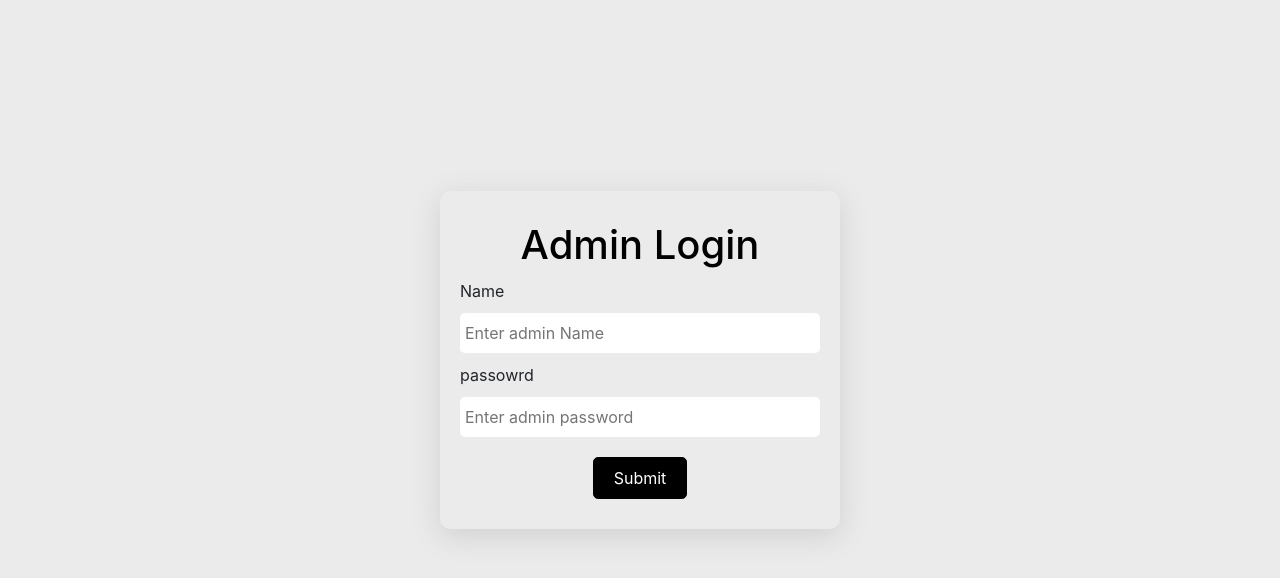
Repository: parthikjadav/parthik-react-practicle-exam
Page: /
The author's editor kept a copy of each file at every save. The page is drawn from the files as they stood at one save, then again after the next save.
The browser window is 1280 px wide. The pictures show the whole page.
The project was rebuilt for these pictures with package versions that can differ from the ones it lists, and the page was loaded fresh each time. Requests to the local data server were answered from the project's data file. Also part of the build but not shown: src/App.css, src/componet/page/Reservationform.jsx, src/componet/page/Reservationlist.jsx, src/componet/header/navdata.js, src/componet/header/Navbar.jsx.

Above is the page before, as saved 2024-05-16 10:50:51.

### public/index.html
<!DOCTYPE html>
<html lang="en">
  <head>
    <meta charset="utf-8" />
    <link rel="icon" href="%PUBLIC_URL%/favicon.ico" />
    <meta name="viewport" content="width=device-width, initial-scale=1" />
    <meta name="theme-color" content="#000000" />
    <meta
      name="description"
      content="Web site created using create-react-app"
    />
    <link rel="apple-touch-icon" href="%PUBLIC_URL%/logo192.png" />
    <link href="https://cdn.jsdelivr.net/npm/bootstrap@5.0.2/dist/css/bootstrap.min.css" rel="stylesheet" integrity="sha384-EVSTQN3/azprG1Anm3QDgpJLIm9Nao0Yz1ztcQTwFspd3yD65VohhpuuCOmLASjC" crossorigin="anonymous">
    <!--
      manifest.json provides metadata used when your web app is installed on a
      user's mobile device or desktop. See https://developers.google.com/web/fundamentals/web-app-manifest/
    -->
    <link rel="manifest" href="%PUBLIC_URL%/manifest.json" />
    <script src="https://cdn.jsdelivr.net/npm/bootstrap@5.0.2/dist/js/bootstrap.bundle.min.js" integrity="sha384-MrcW6ZMFYlzcLA8Nl+NtUVF0sA7MsXsP1UyJoMp4YLEuNSfAP+JcXn/tWtIaxVXM" crossorigin="anonymous"></script>
    <!--
      Notice the use of %PUBLIC_URL% in the tags above.
      It will be replaced with the URL of the `public` folder during the build.
      Only files inside the `public` folder can be referenced from the HTML.

      Unlike "/favicon.ico" or "favicon.ico", "%PUBLIC_URL%/favicon.ico" will
      work correctly both with client-side routing and a non-root public URL.
      Learn how to configure a non-root public URL by running `npm run build`.
    -->
    <title>React App</title>
  </head>
  <body>
    <noscript>You need to enable JavaScript to run this app.</noscript>
    <div id="root"></div>
    <!--
      This HTML file is a template.
      If you open it directly in the browser, you will see an empty page.

      You can add webfonts, meta tags, or analytics to this file.
      The build step will place the bundled scripts into the <body> tag.

      To begin the development, run `npm start` or `yarn start`.
      To create a production bundle, use `npm run build` or `yarn build`.
    -->
  </body>
</html>

### src/index.js
import React from 'react';
import ReactDOM from 'react-dom/client';
import './index.css';
import App from './App';
import { BrowserRouter } from 'react-router-dom';
import { Provider } from 'react-redux';
import store from './componet/redux-saga/store';


const root = ReactDOM.createRoot(document.getElementById('root'));
root.render(
  <BrowserRouter>
    <React.StrictMode>
      <Provider store={store}>
      <App />
      </Provider>
    </React.StrictMode>
  </BrowserRouter>

);

### src/App.js
import { Route, Routes } from 'react-router-dom';
import './App.css';
import Adminlogin from './componet/page/Adminlogin';
import Reservationfrom from './componet/page/Reservationform';
import Reservationlist from './componet/page/Reservationlist';
import Navbar from './componet/header/Navbar';
import { useEffect } from 'react';
import { useDispatch } from 'react-redux';
import { GET_ROOM_PENDING } from './componet/redux-saga/room/action';
import { base_url, get_url } from './url';

const getRole = () => {
  const role = localStorage.getItem("role");
  return role;
};


function App() {

  const role = getRole();
  let dispatch = useDispatch();

  useEffect(() => {
    let url = base_url + get_url;
    dispatch({ type: GET_ROOM_PENDING, payload: url })
  })


  if (!role || role === "") {
    return (
      <Routes>
        <Route path="/" element={<Adminlogin />} />
      </Routes>
    );
  }

  if (role === "admin") {
    return (
      <>
        <Navbar />
        <Routes>
          <Route path="/reservation" element={<Reservationfrom />} />
          <Route path="/ReservationList" element={<Reservationlist />} />
        </Routes>
      </>
    );
  }



}

export default App;

### src/componet/redux-saga/store.js
import { applyMiddleware, createStore } from "redux";
import createSagaMiddleware from "redux-saga";
import { composeWithDevTools } from "@redux-devtools/extension";
import rootReducers from "./rootreducer";
import rootSaga from "./saga";



let sagaMiddleware = createSagaMiddleware();
const store = createStore(
    rootReducers,
    composeWithDevTools(applyMiddleware(sagaMiddleware))
);

sagaMiddleware.run(rootSaga)

export default store

### src/componet/page/Adminlogin.jsx
import React, { useRef } from 'react'
import "./AdminLogin.css"

const Adminlogin = () => {
    let name = useRef();
    let passowrd = useRef();

    const logindata = async () => {
        let data = {
            name: name.current.value,
            password: passowrd.current.value
        }
        console.log(data);
        if ("jignesh" == data.name && "3315" == data.password) {
            localStorage.setItem("role", "admin");
            window.location.href = "/reservation"
            console.log("login successfull");
            alert("login successfull")
        } else {
            alert("Error")
        }
    }
    return (
        <div className='wrrapeer'>
            <div class="mx-auto m-5 form" style={{ width: "400px" }}>
                <h1>Admin Login </h1>
                <label>Name  </label>
                <input type="text" placeholder='Enter admin Name' ref={name} />
                <label>passowrd </label>
                <input type="password" placeholder='Enter admin password' ref={passowrd} />
                <button onClick={logindata}>Submit</button>
            </div>
        </div>

    )
}

export default Adminlogin

### src/componet/redux-saga/room/action.js
//get action
export const GET_ROOM_PENDING = "GET_ROOM_PENDING";
export const GET_ROOM_SUCCESS = "GET_ROOM_SUCCESS";
export const GET_ROOM_ERROR = "GET_ROOM_ERROR";

//post action
export const POST_ROOM_PENDING = "POST_ROOM_PENDING";
export const POST_ROOM_SUCCESS = "POST_ROOM_SUCCESS";
export const POST_ROOM_ERROR = "POST_ROOM_ERROR";

//DELETE action
export const DELETE_ROOM_PENDING = "DELETE_ROOM_PENDING";
export const DELETE_ROOM_SUCCESS = "DELETE_ROOM_SUCCESS";
export const DELETE_ROOM_ERROR = "DELETE_ROOM_ERROR";

//UPDATA action
export const UPDATA_ROOM_PENDING = "UPDATA_ROOM_PENDING";
export const UPDATA_ROOM_SUCCESS = "UPDATA_ROOM_SUCCESS";
export const UPDATA_ROOM_ERROR = "UPDATA_ROOM_ERROR";

### src/url.js
export const base_url = "http://localhost:5000";

export const post_url = "/room";

export const get_url = "/room"

export const delete_url = "/room/"

export const updata_url = "/room/"

### src/componet/redux-saga/rootreducer.js
import { combineReducers } from "redux";
import roomReducer from "./room/reducer";


let rootReducers = combineReducers({
    roomReducer,
});

export default  rootReducers;

### src/componet/redux-saga/saga/index.js
import { all, call, put, takeLatest } from "redux-saga/effects";
import { DELETE_ROOM_ERROR, DELETE_ROOM_PENDING, DELETE_ROOM_SUCCESS, GET_ROOM_ERROR, GET_ROOM_PENDING, GET_ROOM_SUCCESS, POST_ROOM_ERROR, POST_ROOM_PENDING, POST_ROOM_SUCCESS, UPDATA_ROOM_ERROR, UPDATA_ROOM_PENDING, UPDATA_ROOM_SUCCESS } from "../room/action";
import { delete_room, get_room, post_room, updata_room } from "../room/api";

function* handle_post_room(action) {
    // console.log(action, "action from handle post room");
    try {
        let { data, status } = yield call(post_room, action);
        // console.log(data, status, "data and status from handle post room");
        if (status == 201 || status == 200) {
            yield put({ type: POST_ROOM_SUCCESS, data });
        } else {
            yield put({ type: POST_ROOM_ERROR, data });
        }
    }
    catch (error) {
        yield put({ type: POST_ROOM_ERROR, data: error })
    }
}

function* handle_get_room(action) {
    // console.log(action, "action from handle get room");
    try {
        let { data, status } = yield call(get_room, action);
        // console.log(data, status, "data and status from handle get room");
        if (status == 200) {
            yield put({ type: GET_ROOM_SUCCESS, data });
        }
        else {
            yield put({ type: GET_ROOM_ERROR, data });
        }
    }
    catch (error) {
        yield put({ type: GET_ROOM_ERROR, data: error });
    }
}

function* handle_delete_room(action) {
    // console.log(action, "action from handle delete room");
    try {
        let { data, status } = yield call(delete_room, action);
        // console.log(data, status, "data and status from handle delete room");
        if (status == 200) {
            yield put({ type: DELETE_ROOM_SUCCESS, data });
        } else {
            yield put({ type: DELETE_ROOM_ERROR, data });
        }
    }
    catch (error) {
        yield put({ type: DELETE_ROOM_ERROR, daat: error })
    }
}

function* handle_updata_room(action) {
    console.log(action, "action from handle updata room");
    try {
        let { data, status } = yield call(updata_room, action);
        console.log(data, status, "data and status from handle updata room");
        if (status == 200) {
            yield put({ type: UPDATA_ROOM_SUCCESS, data });
        }
        else {
            yield put({ type: UPDATA_ROOM_ERROR, data });
        }
    }
    catch (error) {
        yield put({ type: UPDATA_ROOM_ERROR, data: error })
    }
}

function* handle_post_room_saga() {
    yield takeLatest(POST_ROOM_PENDING, handle_post_room)
}

function* handle_get_room_saga() {
    yield takeLatest(GET_ROOM_PENDING, handle_get_room)
}

function* handle_delete_room_saga() {
    yield takeLatest(DELETE_ROOM_PENDING, handle_delete_room)
}

function* handle_updata_room_saga() {
    yield takeLatest(UPDATA_ROOM_PENDING, handle_updata_room)
}

function* rootSaga() {
    yield all([handle_post_room_saga(), handle_get_room_saga(), handle_delete_room_saga() , handle_updata_room_saga()])
}

export default rootSaga

### src/componet/page/AdminLogin.css
.form{
  width: 200px;
  padding: 20px;
  /* margin: 0px auto; */
  display: flex;
  flex-direction: column;
  justify-content: center;
  align-items: center;
  border-radius: 10px;
  box-shadow: rgba(100, 100, 111, 0.2) 0px 7px 29px 0px;
}
.wrrapeer{
    width: 100%;
    height: 100vh;
    display: flex;
    justify-content: center;
    align-items: center;
    background-color: rgb(235, 235, 235);
  }
.form h1{
  margin: 10px 0px;
  color: black;
}
.form input:focus{
  outline: none;
}
.form input:hover{
  outline: none;
}
.form input{
  width: 100%;
  height: 40px;
  margin: 10px 0px;
  background-color: white;
  border: 0px solid black;
  border-radius: 5px;
  padding: 5px;
}
.form label{
  margin-right: auto;
}
.form button{
  margin: 10px 0px;
  border: 1px solid black;
  border-radius: 5px;
  background-color: black;
  color: white;
  cursor: pointer;
  padding: 8px 20px;
}
.form button:hover{
  background-color: white;
  color: black;
}
.form button:active{
  background-color: white;
  color: black;
  border: 1px solid black;
}
.form a{
  margin-top: 10px;
  color: black;
  font-size: 12px;
  text-decoration: none;
  padding: 5px;
}

### src/componet/redux-saga/room/reducer.js
import { DELETE_ROOM_ERROR, DELETE_ROOM_PENDING, DELETE_ROOM_SUCCESS, GET_ROOM_ERROR, GET_ROOM_PENDING, GET_ROOM_SUCCESS, POST_ROOM_PENDING, POST_ROOM_SUCCESS, UPDATA_ROOM_ERROR, UPDATA_ROOM_PENDING, UPDATA_ROOM_SUCCESS } from "./action";


let initialState = {
    room: [],
    isLoading: false,
    isError: null,
};

let roomReducer = (state = initialState, action) => {
    console.log(action, "action from reducer");
    switch (action.type) {
        //post user
        case POST_ROOM_PENDING: {
            return {
                isLoading: true,
                ...state,
            }
        }
        case POST_ROOM_SUCCESS: {
            return {
                isLoading: false,
                room: state.room.concat(action.data),
            }
        }
        case POST_ROOM_SUCCESS: {
            return {
                isError: action.data,
                ...state,
            }
        }
        //get user
        case GET_ROOM_PENDING: {
            return {
                isLoading: true,
                ...state,
            }
        }
        case GET_ROOM_SUCCESS: {
            return {
                isLoading: false,
                room: action.data,
            }
        }
        case GET_ROOM_ERROR: {
            return {
                ...state,
                isError: action.data,
            }
        }
        //delete user
        case DELETE_ROOM_PENDING: {
            return {
                isLoading: true,
                ...state,
            }
        }
        case DELETE_ROOM_SUCCESS: {
            return {
                isLoading: false,
                room: state.room.filter((item) => item.id != action.data.id)
            }
        }
        case DELETE_ROOM_ERROR: {
            return {
                isLoading: false,
                isError: action.data,
            }
        }
        //update user
        case UPDATA_ROOM_PENDING: {
            return {
                isLoading: true,
                ...state,
            }
        }
        case UPDATA_ROOM_SUCCESS: {
            return {
                isLoading: false,
                room: state.room.map((value, index) => {
                    if (value.id == action.data.id) {
                        return {
                            ...value,
                            ...action.data,
                        }
                    } else {
                        return value;
                    }
                })
            }
        }
        case UPDATA_ROOM_ERROR: {
            return {
                isError: action.data,
                ...state,
            }
        }
        default: {
            return {
                ...state,
            }
        }
    }
}

export default roomReducer

### src/componet/redux-saga/room/api.js
import axios from "axios";
import { base_url, delete_url, get_url, post_url, updata_url } from "../../../url";


let post_room = (action) => {
    // console.log(action ,"this action from post room");
    return axios.post(base_url + post_url, action.payload).then((res) => {
        // console.log(res,"res is post room");
        let data = res.data;
        let status = res.status;
        return { data, status }
    })
}

let get_room = (action) => {
    // console.log(action, "this action from get rom");
    return axios.get(base_url + get_url).then((res) => {
        // console.log(res, "res is get rom");
        let data = res.data;
        let status = res.status;
        return { data, status }
    })
}

let delete_room = (action) => {
    // console.log(action, "this action from delete room");
    return axios.delete(base_url + delete_url + action.payload).then((res) => {
        // console.log(res, "res is delete room");
        let data = res.data;
        let status = res.status;
        return { data, status };
    })
}

let updata_room = (action) => {
    console.log(action, "this action from updata room");
    return axios.put(base_url + updata_url + action.payload.id, action.payload).then((res) => {
        console.log(res, "res is updata room");
        let data = res.data;
        let status = res.status;
        return { data, status }
    })
}

export { post_room, get_room, delete_room, updata_room }

### db.json
{
  "room": [
    {
      "id": "8675",
      "name": "jignesh",
      "mobile": "1235467892",
      "address": "kamrej surat",
      "arrival": "2024-05-10",
      "checkout": "2024-05-14",
      "roomlist": "platinum",
      "roomtype": "double bedroom",
      "lunchtime": "breakfast and lunch"
    },
    {
      "id": "50ac",
      "name": "test",
      "mobile": "9876543214",
      "address": "surat",
      "arrival": "2024-05-02",
      "checkout": "2024-05-12",
      "roomlist": "prime",
      "roomtype": "double bedroom",
      "lunchtime": "breakfast and lunch"
    },
    {
      "id": "c1a8",
      "name": "abcd",
      "mobile": "7539684216",
      "address": "surat",
      "arrival": "2024-05-05",
      "checkout": "2024-05-07",
      "roomlist": "platinum",
      "roomtype": "single bedroom",
      "lunchtime": "breakfast"
    }
  ]
}

Loaded but not shown: src/index.css (common file)

After the next save:
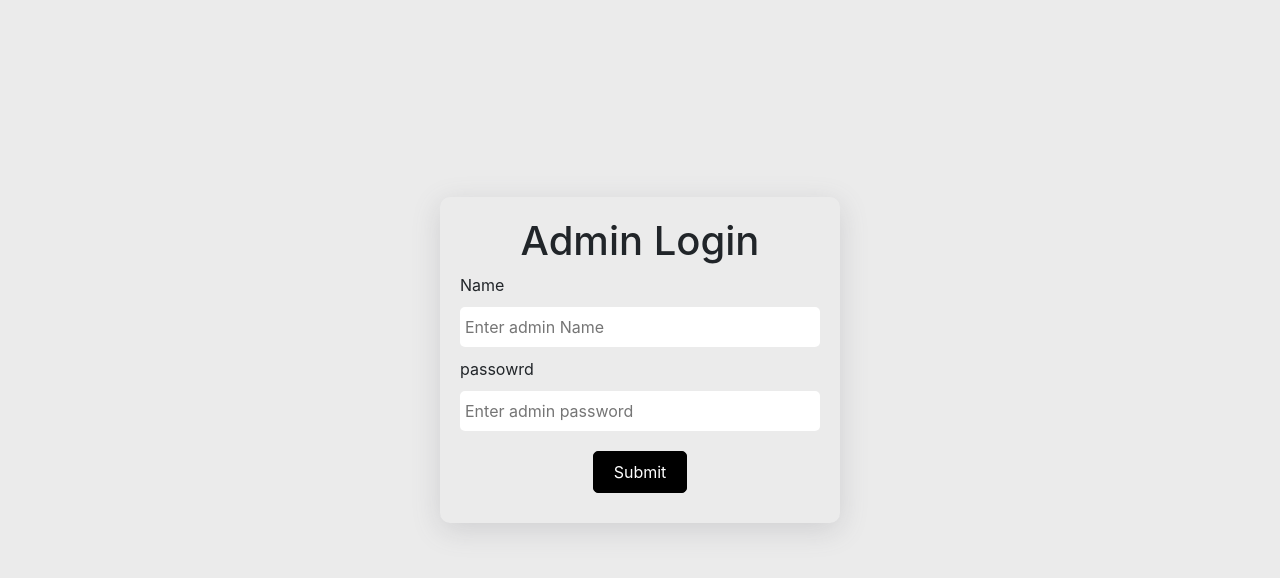
Saved 11 s later.
--- a/src/componet/page/AdminLogin.css
+++ b/src/componet/page/AdminLogin.css
@@ -16,16 +16,6 @@
     justify-content: center;
     align-items: center;
     background-color: rgb(235, 235, 235);
-  }
-.form h1{
-  margin: 10px 0px;
-  color: black;
-}
-.form input:focus{
-  outline: none;
-}
-.form input:hover{
-  outline: none;
 }
 .form input{
   width: 100%;
